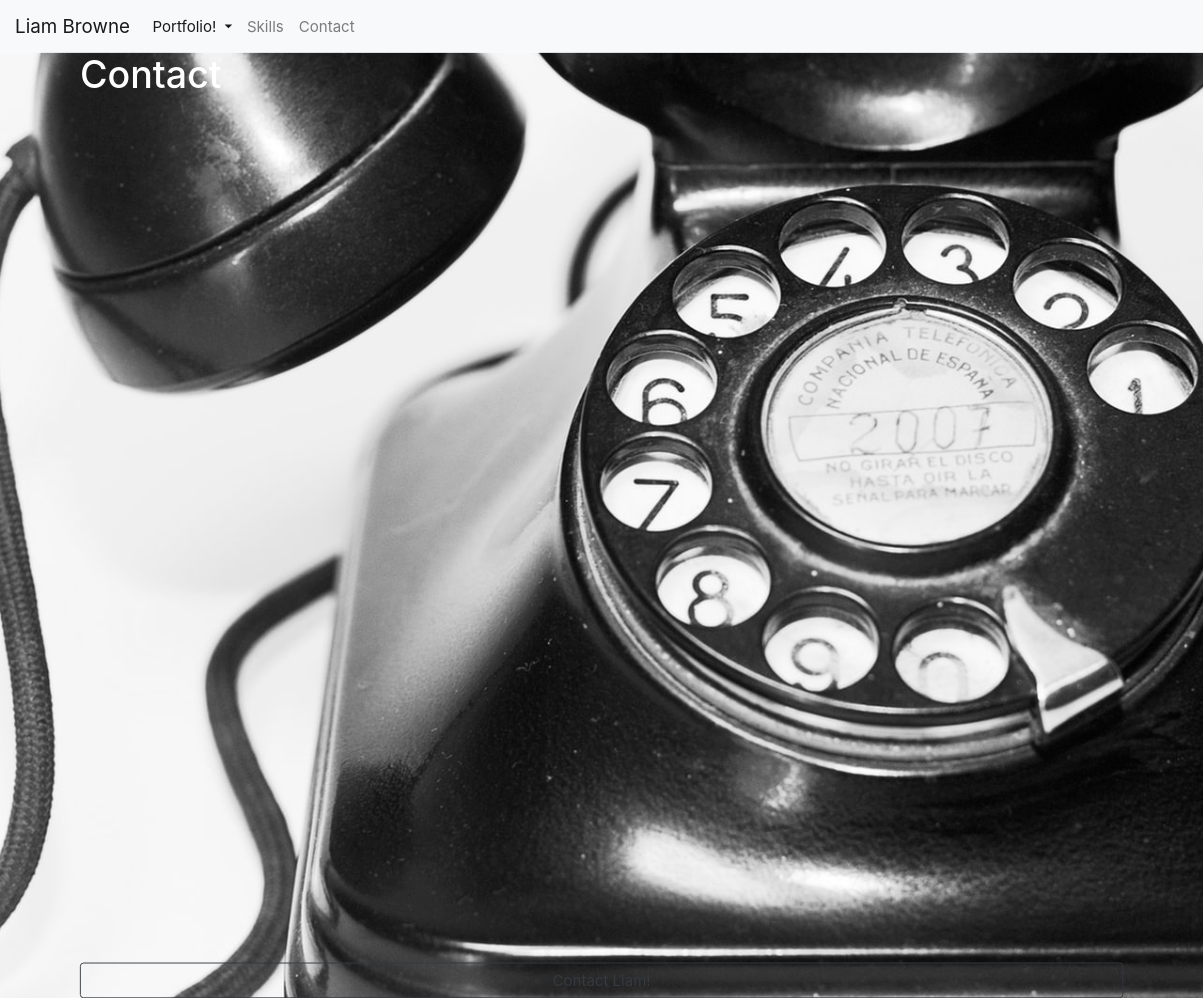
Repository: LiamB123/LiamBrowne.com.github.io
Page: contact.html
The author's editor kept a record of every edit. The page is drawn from the files as they stood at one moment, then again after the next edit.
The browser window is 1280 px wide. The pictures show the whole page, at 94% of full size.
Backgrounds fixed to the window are drawn as part of the page.

Above is the page before.

After the next edit:
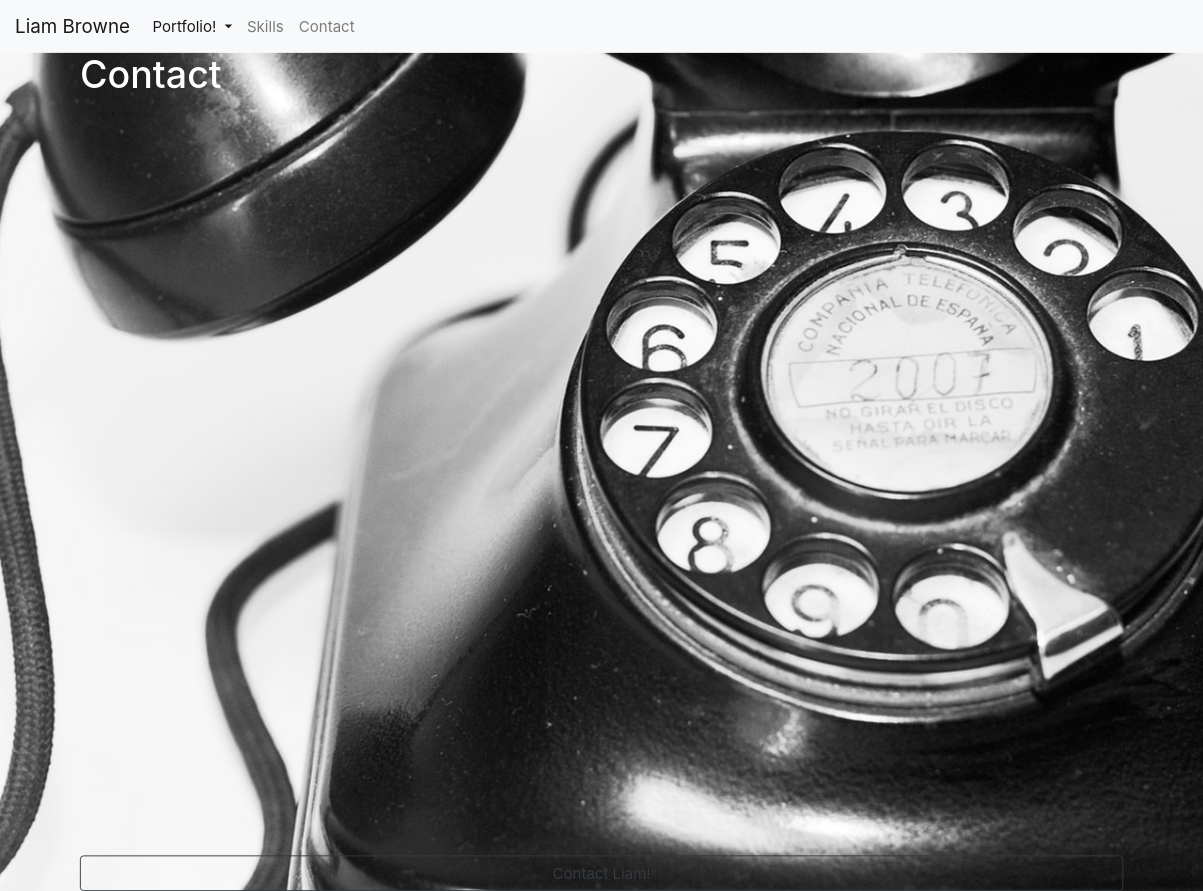
The edit:
--- a/static/css/custom.css
+++ b/static/css/custom.css
@@ -29,7 +29,7 @@
 
 
 .vertical-align-center{
-    padding-top:50%;
+    padding-top:40%;
     text-align: center;
     padding-bottom: 30%;
 }

After the edit that followed:
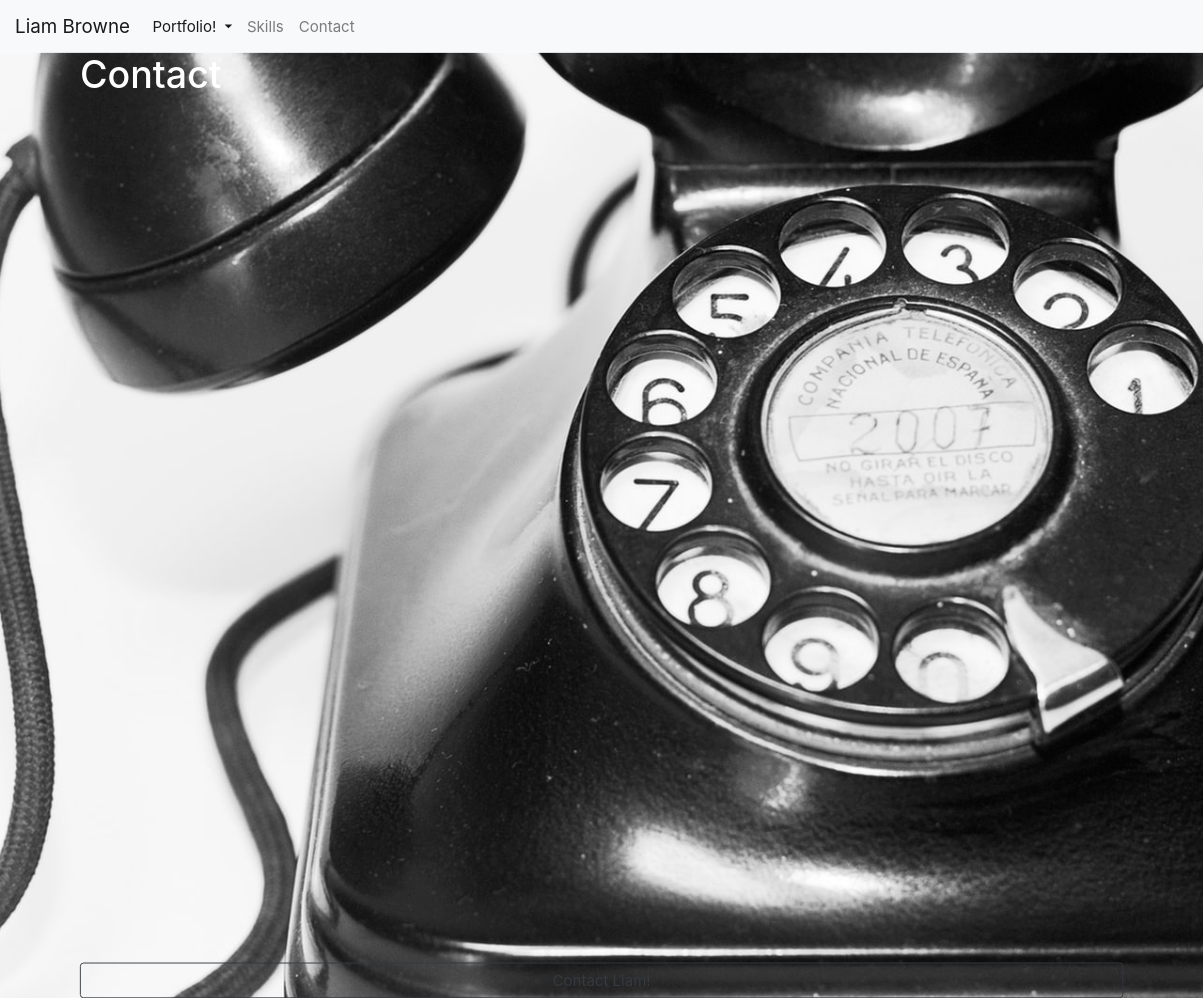
The edit:
--- a/static/css/custom.css
+++ b/static/css/custom.css
@@ -31,5 +31,5 @@
 .vertical-align-center{
     padding-top:40%;
     text-align: center;
-    padding-bottom: 30%;
+    padding-bottom: 40%;
 }
